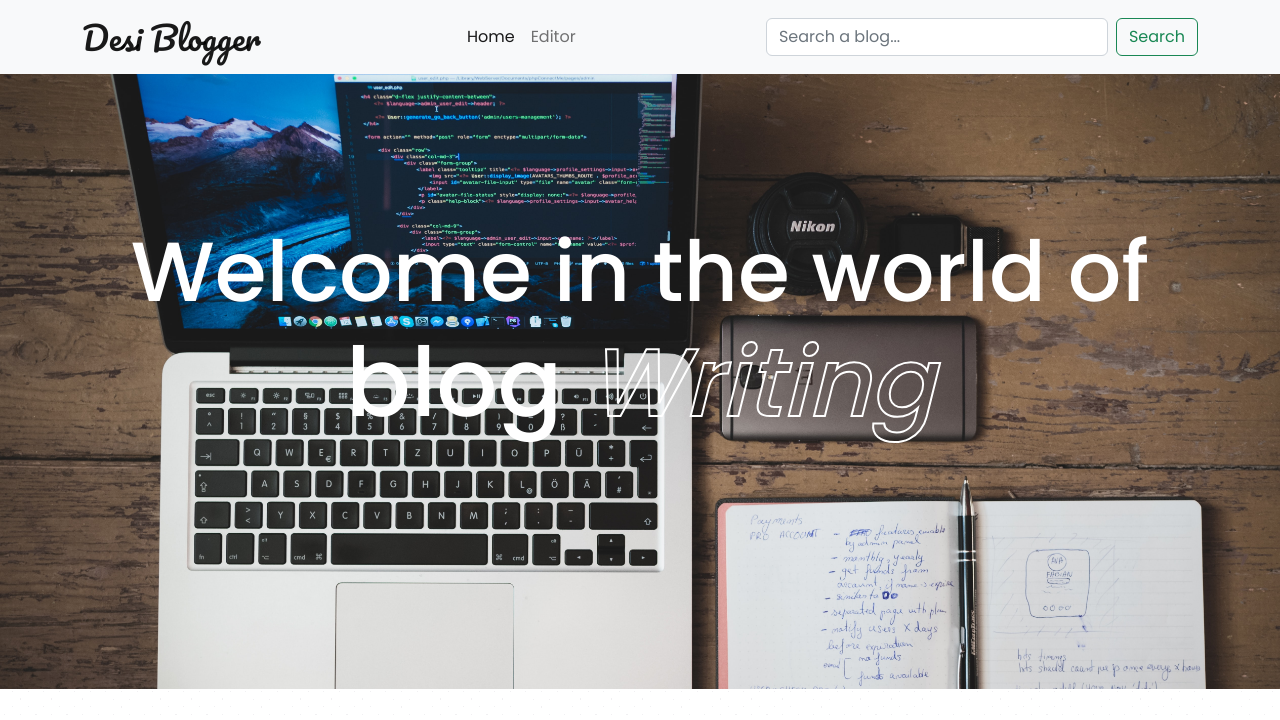
Repository: badhon252/Desi_Blogger
Page: public/home.html
An editor plug-in stored every save of this project. The page is shown before and after the next save, followed by the edit.
The browser window is 1280 px wide. The pictures show the whole page.

Above is the page before, as saved 2022-11-15 20:49:54.

After the next save:
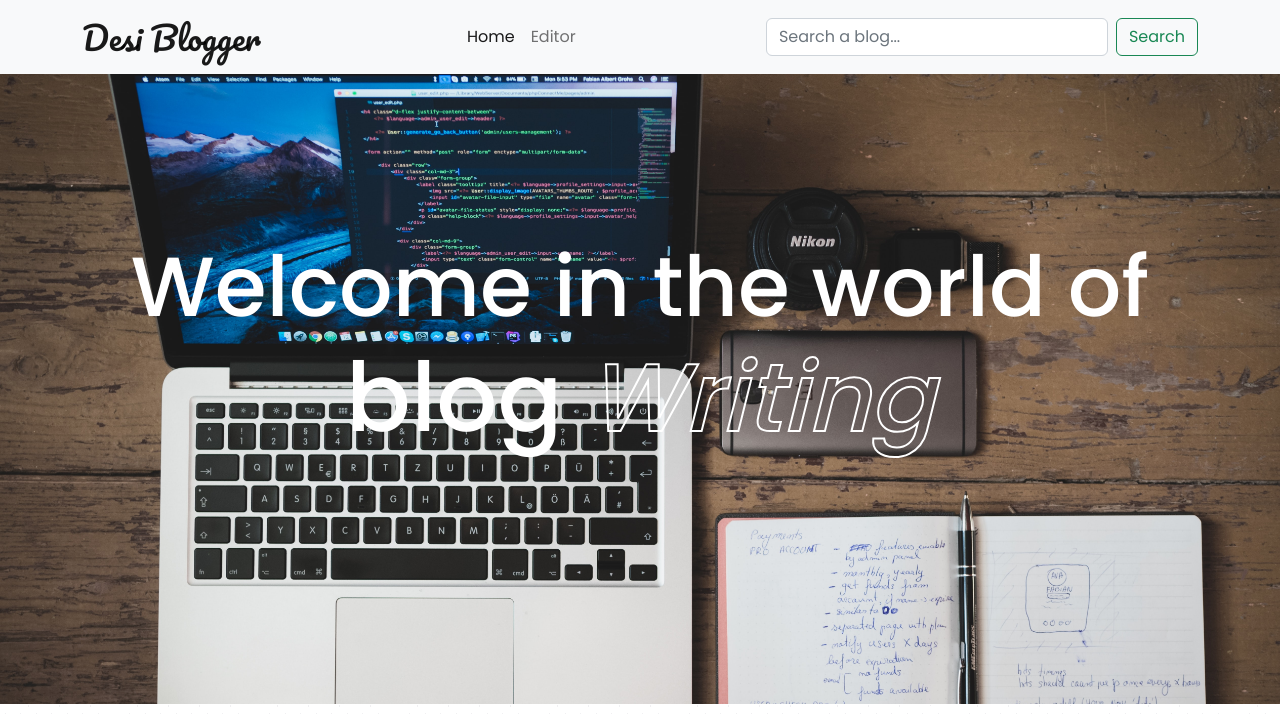
Saved 5 s later.
--- a/public/css/home.css
+++ b/public/css/home.css
@@ -35,7 +35,7 @@ body {
 }
 
 .content {
-  margin-top: -105px;
+  margin-top: -90px;
   width: 100%;
   height: calc(100vh);
   background-image: url(../img/altumcode-XMFZqrGyV-Q-unsplash.jpg);
